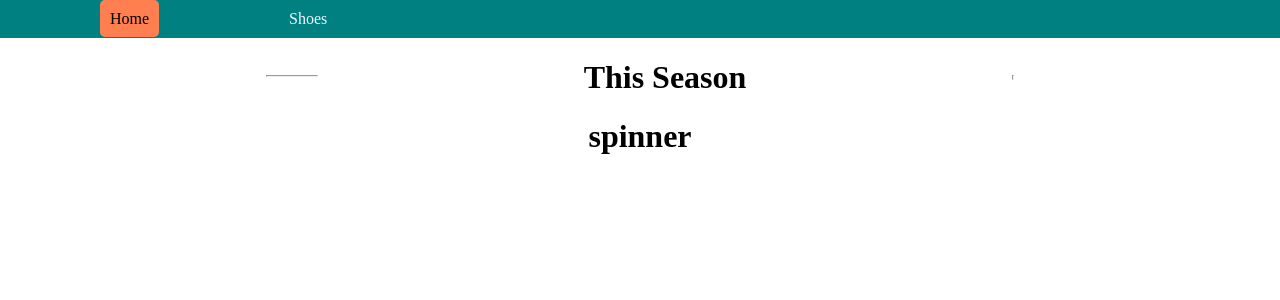
Repository: SalehK98/shop_app
Page: /
The author's editor kept a copy of each file at every save. The page is drawn from the files as they stood at one save, then again after the next save.
The browser window is 1280 px wide. The pictures show the whole page.
The page's requests for data from a server got no answer. The project was rebuilt for these pictures with package versions that can differ from the ones it lists, and the page was loaded fresh each time. No one was signed in, and anything a server would have sent is missing. Also part of the build but not shown: src/components/ShoeCard/ShoeCard.jsx, src/pages/Shoes/Shoes.jsx, src/pages/Shoe/Shoe.jsx, src/pages/Error/Error.jsx. Imported but missing from the stored project, and not drawn on this page: src/assets/video/preview.mp4.

Above is the page before, as saved 2023-02-28 11:17:26.

After the next save:
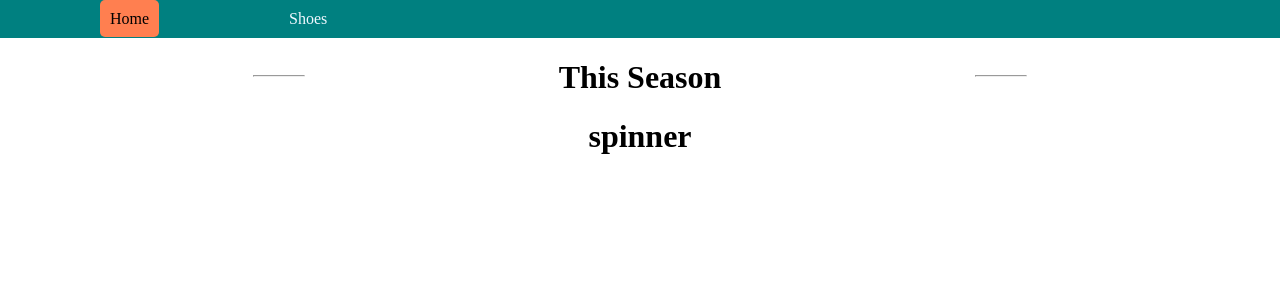
Saved 35 s later.
--- a/src/pages/Home/Home.jsx
+++ b/src/pages/Home/Home.jsx
@@ -55,7 +55,7 @@ export default function Home() {
       <h1 style={{ display: "flex" }}>
         <hr width="50px" style={{ height: "0" }} />
         This Season
-        <hr />
+        <hr width="50px" style={{ height: "0" }} />
       </h1>
 
       {data ? (
